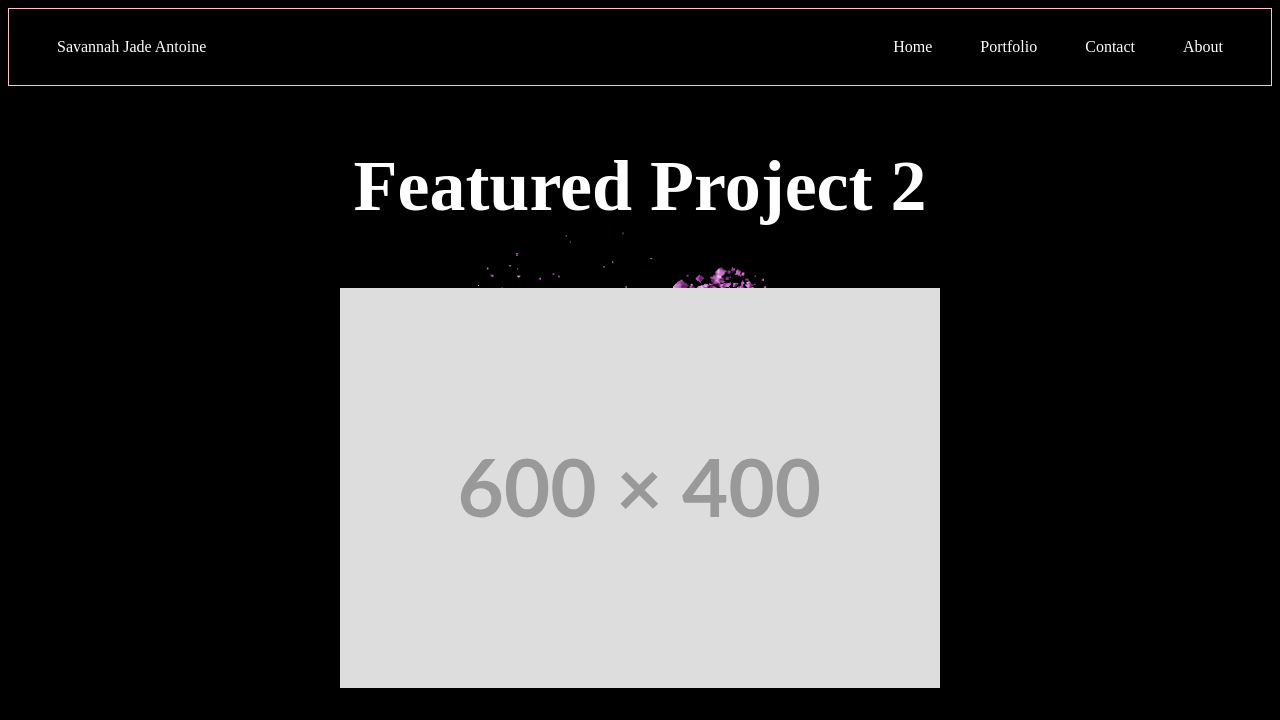
Repository: Savannah-Antoine/Savannah-Antoine
Page: pages/project-name-2.html
These files come from the project's save history. The page is drawn as it stood at one moment and after the next save; the edit follows.
The browser window is 1280 px wide. The pictures show the whole page.

Above is the page before, as saved 2026-05-15 14:45:20.

### pages/project-name-2.html
<!DOCTYPE html>
<html lang="en">
<head>
    <meta charset="UTF-8">
    <meta name="viewport" content="width=device-width, initial-scale=1.0">
    <link rel = "stylesheet" href = "../styles/page.css" />
    <link rel = "stylesheet" href = "../styles/globals.css" />
    <title>Document</title>
</head>
<body>
<header>
    <nav>
        <ul class = "navigation">
  <li><a href="../index.html">Home</a></li>
  <li><a href="../pages/portfolioPage.html">Portfolio</a></li>
  <li><a href="../pages/contact.html">Contact</a></li>
  <li><a href="../pages/about.asp">About</a></li>
</ul>
        <ul class = "homeButton">
           <li><a   href = "../index.html">Savannah Jade Antoine</a></li>
        </ul>
</nav>
</header>
<main class = "container">

<section >
<h1>Featured Project 2</h1>
<img src = "../assets/images/placeholder1.svg" alt = "First Portfolio placeholder image" />


</section>



</main>

</body>
</html>

### styles/page.css

body h1{
    font-size: 3rem;

}

img{
    width: 100%;
    height:auto;
}

@media screen and (min-width: 768px)
{
    body h1{
    font-size: 4.5rem;
}


    .container{
          display:flex;
          flex-direction: row;
          flex-wrap: wrap;
          justify-content: center;

    }
}

@media screen and (min-width: 1000px)
{

}

### styles/globals.css
body {
    background-color: black;
  background-image: url(/assets/images/background-pic.gif);
  background-repeat: no-repeat;
  background-size: cover;
  color: white;
  font-size: 1rem;
  text-align: center;
}



.homeButton{
  order: -1;
  list-style-type: none;
  margin: 0;
  padding: 0;
  display: flex;
  justify-content: left;

}


nav {
    display: flex;
    justify-content: space-between;
    align-items: center;
    padding: 1rem 2rem;

    border: 0.1rem solid pink;
    cursor: pointer;


}



nav ul {
    display: flex;
    list-style: none;
    gap: 1rem;
    margin: 0;
    padding: 0;
}
button {
    padding: 0.7rem 1.2rem;
    background-color: transparent;
    color: white;
    border: 0.1rem solid pink;
    cursor: pointer;
    transition: all 0.3s ease;
    border-radius: 0.2rem;
    gap: 1rem;
}
button:hover {
    background-color: pink;
    color: rgb(31, 1, 31);
    transform: translateY(-3px);
    box-shadow: 0 0.3rem 1rem rgba(255, 255, 255, 0.3);
}

.infoButtons {
    display: flex;
    justify-content: center;
    gap: 1.5rem;
    margin-top: 1.4rem;
    min-width: 100px;
    padding: 0.7rem 0.9rem;
}

li a {
  display: block;
  color: white;
  padding: 0.8rem 1rem;
  text-decoration: none;
}

ul li a:hover {
 background-color: pink;
  color: rgb(31, 1, 31);
  box-shadow: 0 0.5rem 0.9rem rgba(255, 255, 255, 0.3)
}

h1{

  font-size: 4rem;
}

After the next save:
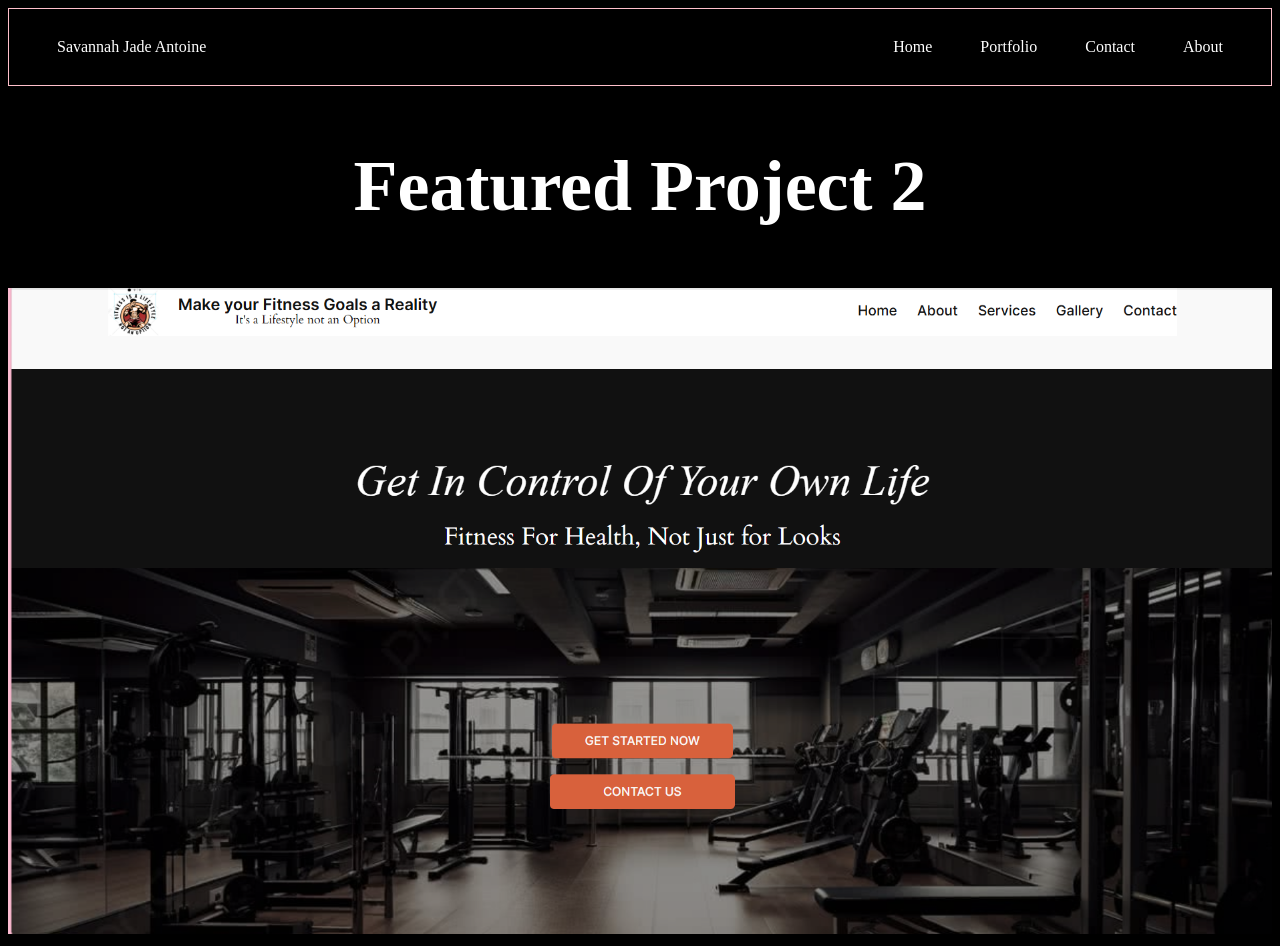
Saved 3 s later.
--- a/pages/project-name-2.html
+++ b/pages/project-name-2.html
@@ -25,7 +25,7 @@
 
 <section >
 <h1>Featured Project 2</h1>
-<img src = "../assets/images/placeholder1.svg" alt = "First Portfolio placeholder image" />
+<img src = "../assets/images/Project2.png" alt = "First Portfolio placeholder image" />
 
 
 </section>
